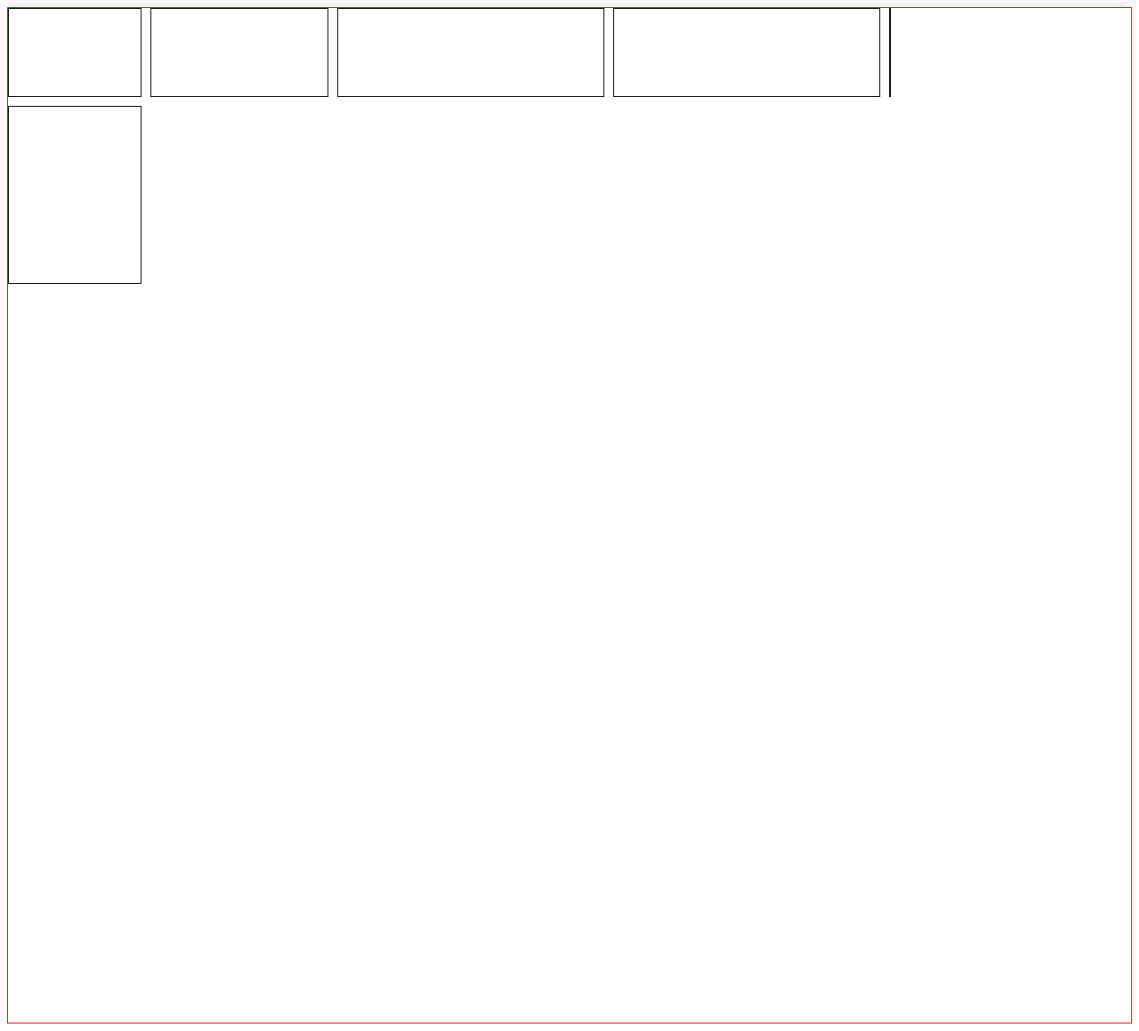
Repository: Hassanshaid/AptechPakwheels
Page: grid.html
These files come from the project's save history. The page is drawn as it stood at one moment and after the next save; the edit follows.
The browser window is 1280 px wide. The pictures show the whole page, at 89% of full size.

Above is the page before, as saved 2024-05-18 21:34:57.

### grid.html
<!DOCTYPE html>
<html lang="en">
<head>
    <meta charset="UTF-8">
    <meta name="viewport" content="width=device-width, initial-scale=1.0">
    <title>Document</title>
    <link rel="stylesheet" href="grid.css">
</head>
<body>
    <section>
        <div class="container">
            <div class="row">
                <div class="col"></div>
                <div class="col"></div>
                <div class="col"></div>
                <div class="col"></div>
                <div class="col"></div>
                <div class="col"></div>
            </div>
        </div>
    </section>

</body>
</html>

### grid.css
.row{
    display: grid;
    border: 1px solid red;
    grid-template-columns: 150px 200px 300px 300px 1px ;
    grid-template-rows: 100px 200px 300px 400px 100px ;
    grid-gap: 10px;
}
.row .col {
    border: 1px solid black;
}

After the next save:
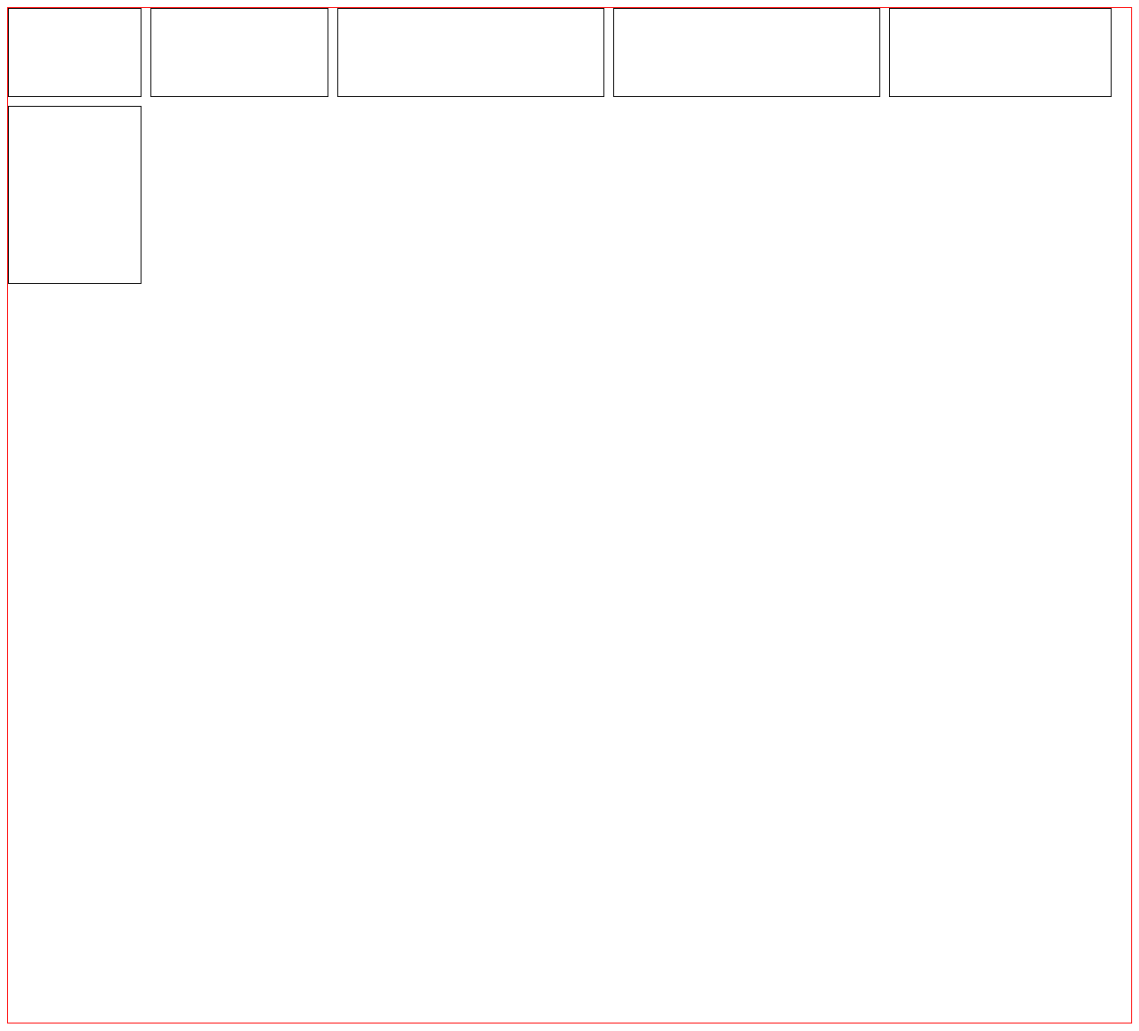
Saved 4 s later.
--- a/grid.css
+++ b/grid.css
@@ -1,7 +1,7 @@
 .row{
     display: grid;
     border: 1px solid red;
-    grid-template-columns: 150px 200px 300px 300px 1px ;
+    grid-template-columns: 150px 200px 300px 300px 250px ;
     grid-template-rows: 100px 200px 300px 400px 100px ;
     grid-gap: 10px;
 }
